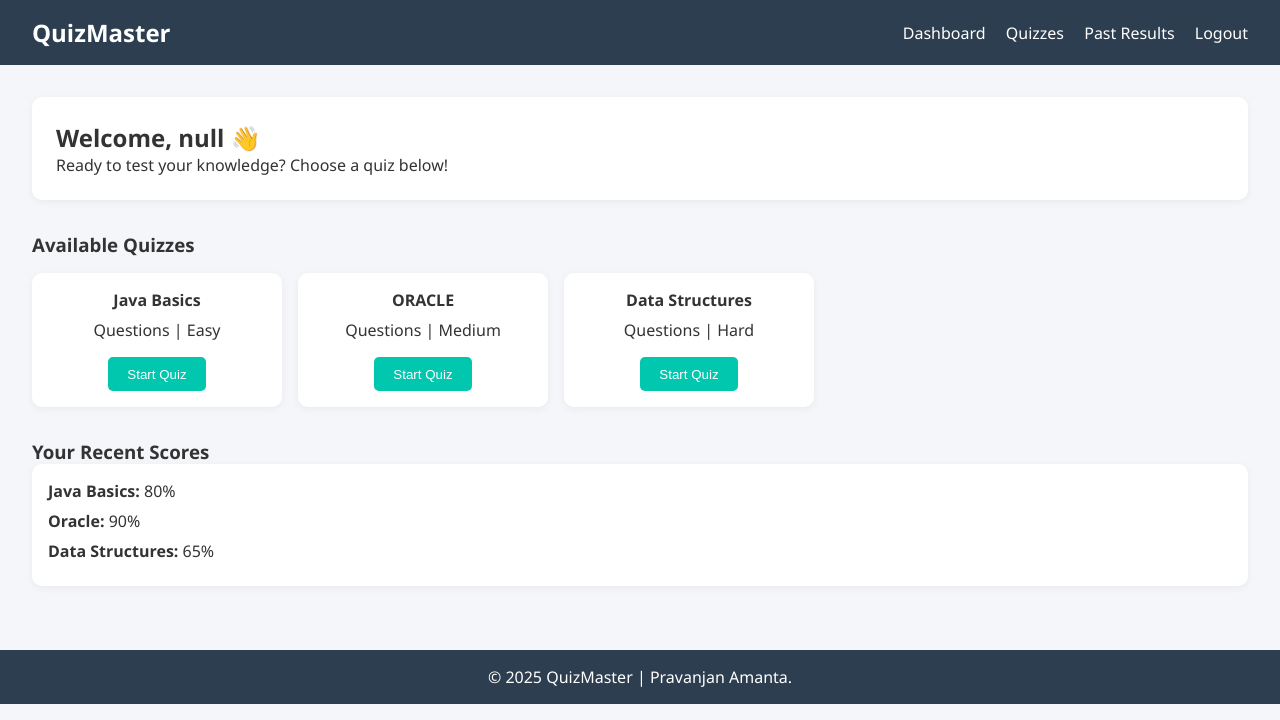
Repository: Prabhanjan-17p/Quizmaster_a_Java_Game
Page: http://localhost/Online_Quiz_Application/welcome.jsp
An editor plug-in stored every save of this project. The page is shown before and after the next save, followed by the edit.
The browser window is 1280 px wide. The pictures show the whole page.
The page is served by Tomcat 9. Other server files are loaded and not shown. The template is opened directly, without the code that normally fills it, so the values that code supplies are empty.

Above is the page before, as saved 2025-05-17 08:04:42.

### Online Quiz Application/src/main/webapp/welcome.jsp

<%@ page language="java" contentType="text/html; charset=UTF-8"
    pageEncoding="UTF-8"%>
<!DOCTYPE html>
<html>
<head>
<meta charset="UTF-8">
<title>Insert title here</title>
<style>
    /* Reset */
    * {
      margin: 0;
      padding: 0;
      box-sizing: border-box;
    }

    /* Body and Layout */
    body {
      font-family: 'Segoe UI', Tahoma, Geneva, Verdana, sans-serif;
      background-color: #f4f6f9;
      color: #333;
    }

    /* Navbar */
    .navbar {
      background-color: #2d3e50;
      color: white;
      padding: 1rem 2rem;
      display: flex;
      justify-content: space-between;
      align-items: center;
    }

    .logo {
      font-size: 1.5rem;
    }

    .nav-links a {
      color: white;
      margin-left: 1rem;
      text-decoration: none;
      transition: color 0.3s;
    }

    .nav-links a:hover {
      color: #00c7ae;
    }

    /* Main Dashboard */
    .dashboard {
      padding: 2rem;
    }

    .welcome-box {
      background-color: white;
      padding: 1.5rem;
      border-radius: 10px;
      margin-bottom: 2rem;
      box-shadow: 0 2px 8px rgba(0, 0, 0, 0.05);
    }

    .quiz-section,
    .progress-section {
      margin-bottom: 2rem;
    }

    .quiz-cards {
      display: flex;
      gap: 1rem;
      margin-top: 1rem;
      flex-wrap: wrap;
    }

    .quiz-card {
      background-color: white;
      padding: 1rem;
      border-radius: 10px;
      width: 250px;
      box-shadow: 0 2px 8px rgba(0, 0, 0, 0.05);
      text-align: center;
    }

    .quiz-card h4 {
      margin-bottom: 0.5rem;
    }

    .quiz-card button {
      margin-top: 1rem;
      background-color: #00c7ae;
      color: white;
      border: none;
      padding: 0.6rem 1.2rem;
      border-radius: 5px;
      cursor: pointer;
      transition: background-color 0.3s;
    }

    .quiz-card button:hover {
      background-color: #019e8e;
    }

    .score-list {
      background-color: white;
      padding: 1rem;
      border-radius: 10px;
      list-style: none;
      box-shadow: 0 2px 8px rgba(0, 0, 0, 0.05);
    }

    .score-list li {
      margin-bottom: 0.5rem;
    }

    .footer {
      text-align: center;
      padding: 1rem;
      background-color: #2d3e50;
      color: white;
      position: relative;
      bottom: 0;
      width: 100%;
    }
    .quiz-card input{
    	display: none;
    }

  </style>
</head>
<body>


 <header class="navbar">
    <h1 class="logo">QuizMaster</h1>
    <nav class="nav-links">
      <a href="#">Dashboard</a>
      <a href="#">Quizzes</a>
      <a href="#">Past Results</a>
      <a href="quizmaster.html">Logout</a>
    </nav>
  </header>

  <main class="dashboard">
    <section class="welcome-box">
      <h2>Welcome, <%= (String)request.getAttribute("fName") %> 👋</h2>
      <p>Ready to test your knowledge? Choose a quiz below!</p>
    </section>

    <section class="quiz-section">
      <h3>Available Quizzes</h3>
      <div class="quiz-cards">
        <form action="startQuiz" method="GET">
          <div class="quiz-card">
            <h4>Java Basics</h4>
            <p>Questions | Easy</p>
            <input value="Java" name="examType" />
            <button type="submit">Start Quiz</button>
          </div>
        </form>
        <form action="startQuiz" method="GET">
          <div class="quiz-card">
          <h4>ORACLE</h4>
          <p>Questions | Medium</p>
          <input value="ORACLE" name="examType" />
          <button>Start Quiz</button>
        </div>
        </form>

        <form action="startQuiz" method="GET">
          <div class="quiz-card">
          <h4>Data Structures</h4>
          <p>Questions | Hard</p>
          <input value="DS" name="examType" />
          <button>Start Quiz</button>
        </div>
        </form>

      </div>
    </section>

    <section class="progress-section">
      <h3>Your Recent Scores</h3>
      <ul class="score-list">
        <li><strong>Java Basics:</strong> 80%</li>
        <li><strong>Oracle:</strong> 90%</li>
        <li><strong>Data Structures:</strong> 65%</li>
      </ul>
    </section>
  </main>

  <footer class="footer">
    <p>&copy; 2025 QuizMaster | Pravanjan Amanta.</p>
  </footer>

</body>
</html>

After the next save:
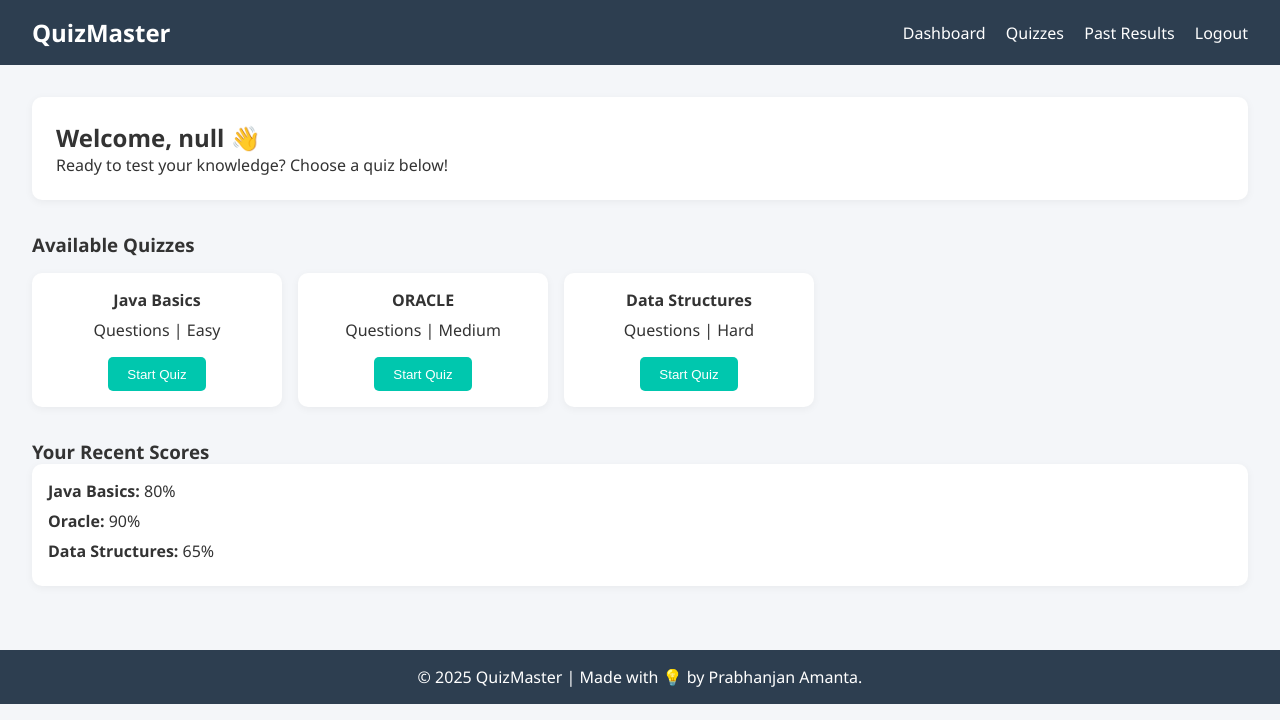
Saved 32 s later.
--- a/Online Quiz Application/src/main/webapp/welcome.jsp
+++ b/Online Quiz Application/src/main/webapp/welcome.jsp
@@ -188,7 +188,7 @@
   </main>
 
   <footer class="footer">
-    <p>&copy; 2025 QuizMaster | Pravanjan Amanta.</p>
+    <p>&copy; 2025 QuizMaster | Made with 💡 by Prabhanjan Amanta.</p>
   </footer>
 
 </body>
